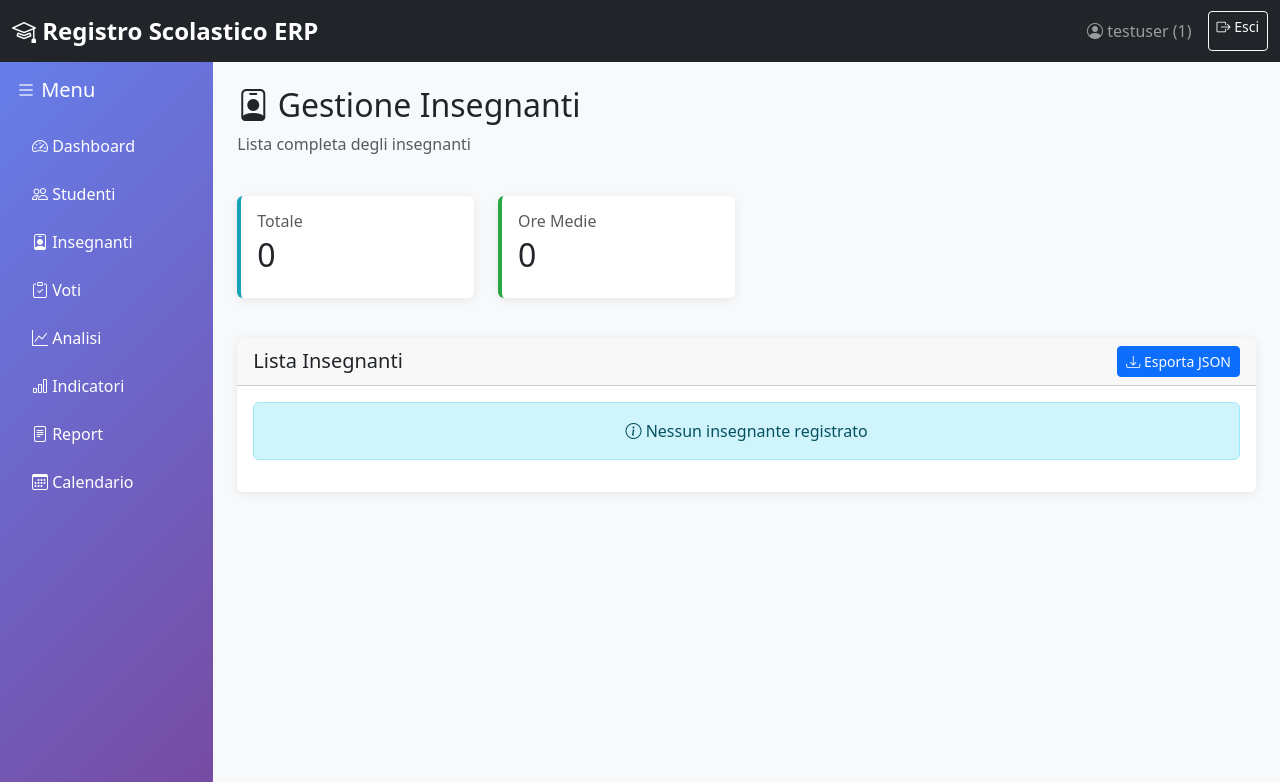
Repository: ballales1984-wq/ManagerSchool
Page: http://localhost/insegnanti
These files come from the project's save history. The page is drawn as it stood at one moment and after the next save; the edit follows.
The browser window is 1280 px wide. The pictures show the whole page.
The page is served by the project's application, run on Flask 3 (interfaccia_erp.py). The session is filled in as if someone had signed in: {"username": "testuser", "ruolo": 1}. Other server files are loaded and not shown.

Above is the page before, as saved 2025-10-28 06:41:52.

### templates/insegnanti.html
{% extends "base.html" %}

{% block title %}Insegnanti - Registro Scolastico ERP{% endblock %}

{% block content %}
<div class="row mb-4">
    <div class="col">
        <h2><i class="bi bi-person-badge"></i> Gestione Insegnanti</h2>
        <p class="text-muted">Lista completa degli insegnanti</p>
    </div>
</div>

<!-- Statistiche Insegnanti -->
<div class="row mb-4">
    <div class="col-md-3 mb-3">
        <div class="card stat-card info">
            <div class="card-body">
                <h6 class="text-muted mb-1">Totale</h6>
                <h2>{{ insegnanti|length }}</h2>
            </div>
        </div>
    </div>
    <div class="col-md-3 mb-3">
        <div class="card stat-card success">
            <div class="card-body">
                <h6 class="text-muted mb-1">Ore Medie</h6>
                <h2>
                    {% if insegnanti %}
                        {% set ore_totali = 0 %}
                        {% for ins in insegnanti %}
                            {% set ore_totali = ore_totali + ins['totale_ore'] %}
                        {% endfor %}
                        {{ "%.1f"|format(ore_totali / insegnanti|length) }}
                    {% else %}
                        0
                    {% endif %}
                </h2>
            </div>
        </div>
    </div>
</div>

<!-- Tabella Insegnanti -->
<div class="row">
    <div class="col">
        <div class="card">
            <div class="card-header d-flex justify-content-between align-items-center">
                <h5 class="mb-0">Lista Insegnanti</h5>
                <button class="btn btn-primary btn-sm" onclick="exportInsegnanti()">
                    <i class="bi bi-download"></i> Esporta JSON
                </button>
            </div>
            <div class="card-body">
                {% if insegnanti %}
                <div class="table-responsive">
                    <table class="table table-hover">
                        <thead class="table-light">
                            <tr>
                                <th>ID</th>
                                <th>Nome</th>
                                <th>Cognome</th>
                                <th>Materia</th>
                                <th>Sezioni</th>
                                <th>Ore/Sett</th>
                                <th>Esperienza</th>
                                <th>Note</th>
                            </tr>
                        </thead>
                        <tbody>
                            {% for ins in insegnanti %}
                            <tr>
                                <td><strong>{{ ins['id'] }}</strong></td>
                                <td>{{ ins['nome'] }}</td>
                                <td>{{ ins['cognome'] }}</td>
                                <td>
                                    <span class="badge bg-primary">{{ ins['materie']|first if ins['materie'] else 'N/A' }}</span>
                                </td>
                                <td>
                                    {% if ins['sezioni_assegnate'] %}
                                        {% for sezione in ins['sezioni_assegnate'] %}
                                            <span class="badge bg-success me-1">{{ sezione }}</span>
                                        {% endfor %}
                                    {% else %}
                                        <span class="text-muted">N/A</span>
                                    {% endif %}
                                </td>
                                <td><strong>{{ ins['totale_ore'] }}</strong></td>
                                <td>{{ ins['anni_esperienza'] }} anni</td>
                                <td>
                                    <small class="text-muted">{{ ins['note'] if ins['note'] else 'Nessuna nota' }}</small>
                                </td>
                            </tr>
                            {% endfor %}
                        </tbody>
                    </table>
                </div>
                {% else %}
                <div class="alert alert-info text-center">
                    <i class="bi bi-info-circle"></i> Nessun insegnante registrato
                </div>
                {% endif %}
            </div>
        </div>
    </div>
</div>

{% endblock %}

{% block extra_js %}
<script>
function exportInsegnanti() {
    fetch('/api/insegnanti')
        .then(res => res.json())
        .then(data => {
            const blob = new Blob([JSON.stringify(data, null, 2)], { type: 'application/json' });
            const url = URL.createObjectURL(blob);
            const a = document.createElement('a');
            a.href = url;
            a.download = 'insegnanti.json';
            a.click();
            URL.revokeObjectURL(url);
        });
}
</script>
{% endblock %}

### templates/base.html
<!DOCTYPE html>
<html lang="it">
<head>
    <meta charset="UTF-8">
    <meta name="viewport" content="width=device-width, initial-scale=1.0">
    <title>{% block title %}Registro Scolastico ERP{% endblock %}</title>

    <!-- Bootstrap CSS -->
    <link href="https://cdn.jsdelivr.net/npm/bootstrap@5.3.0/dist/css/bootstrap.min.css" rel="stylesheet">
    <!-- Bootstrap Icons -->
    <link rel="stylesheet" href="https://cdn.jsdelivr.net/npm/bootstrap-icons@1.11.0/font/bootstrap-icons.css">

    <style>
        .sidebar {
            min-height: 100vh;
            background: linear-gradient(135deg, #667eea 0%, #764ba2 100%);
        }
        .main-content {
            background-color: #f8f9fa;
            min-height: 100vh;
        }
        .navbar-brand {
            font-weight: 700;
            font-size: 1.5rem;
        }
        .card {
            border: none;
            box-shadow: 0 2px 10px rgba(0,0,0,0.08);
            transition: transform 0.2s;
        }
        .card:hover {
            transform: translateY(-5px);
        }
        .stat-card {
            border-left: 4px solid;
        }
        .stat-card.primary { border-left-color: #667eea; }
        .stat-card.success { border-left-color: #28a745; }
        .stat-card.warning { border-left-color: #ffc107; }
        .stat-card.danger { border-left-color: #dc3545; }
        .stat-card.info { border-left-color: #17a2b8; }
    </style>

    {% block extra_css %}{% endblock %}
</head>
<body>
    {% if session.username %}
    <!-- Navigation Bar -->
    <nav class="navbar navbar-dark bg-dark">
        <div class="container-fluid">
            <a class="navbar-brand" href="/dashboard">
                <i class="bi bi-mortarboard"></i> Registro Scolastico ERP
            </a>
            <div class="d-flex">
                <span class="navbar-text me-3">
                    <i class="bi bi-person-circle"></i> {{ session.username }} ({{ session.ruolo }})
                </span>
                <a href="/logout" class="btn btn-outline-light btn-sm">
                    <i class="bi bi-box-arrow-right"></i> Esci
                </a>
            </div>
        </div>
    </nav>

    <div class="container-fluid">
        <div class="row">
            <!-- Sidebar -->
            <div class="col-md-2 p-0">
                <div class="sidebar text-white">
                    <div class="p-3">
                        <h5 class="mb-4"><i class="bi bi-list"></i> Menu</h5>
                        <ul class="nav flex-column">
                            <li class="nav-item mb-2">
                                <a class="nav-link text-white {% if request.endpoint == 'dashboard' %}active{% endif %}" href="/dashboard">
                                    <i class="bi bi-speedometer2"></i> Dashboard
                                </a>
                            </li>
                            <li class="nav-item mb-2">
                                <a class="nav-link text-white {% if request.endpoint == 'pagina_studenti' %}active{% endif %}" href="/studenti">
                                    <i class="bi bi-people"></i> Studenti
                                </a>
                            </li>
                            <li class="nav-item mb-2">
                                <a class="nav-link text-white {% if request.endpoint == 'pagina_insegnanti' %}active{% endif %}" href="/insegnanti">
                                    <i class="bi bi-person-badge"></i> Insegnanti
                                </a>
                            </li>
                            <li class="nav-item mb-2">
                                <a class="nav-link text-white {% if request.endpoint == 'pagina_voti' %}active{% endif %}" href="/voti">
                                    <i class="bi bi-clipboard-check"></i> Voti
                                </a>
                            </li>
                            <li class="nav-item mb-2">
                                <a class="nav-link text-white {% if request.endpoint == 'pagina_analisi' %}active{% endif %}" href="/analisi">
                                    <i class="bi bi-graph-up"></i> Analisi
                                </a>
                            </li>
                            <li class="nav-item mb-2">
                                <a class="nav-link text-white {% if request.endpoint == 'pagina_indicatori' %}active{% endif %}" href="/indicatori">
                                    <i class="bi bi-bar-chart"></i> Indicatori
                                </a>
                            </li>
                            <li class="nav-item mb-2">
                                <a class="nav-link text-white {% if request.endpoint == 'pagina_report' %}active{% endif %}" href="/report">
                                    <i class="bi bi-file-text"></i> Report
                                </a>
                            </li>
                            <li class="nav-item mb-2">
                                <a class="nav-link text-white {% if request.endpoint == 'pagina_calendario' %}active{% endif %}" href="/calendario">
                                    <i class="bi bi-calendar3"></i> Calendario
                                </a>
                            </li>
                        </ul>
                    </div>
                </div>
            </div>

            <!-- Main Content -->
            <div class="col-md-10 main-content">
                <div class="container-fluid py-4">
                    {% block content %}{% endblock %}
                </div>
            </div>
        </div>
    </div>
    {% else %}
        {% block public_content %}{% endblock %}
    {% endif %}

    <!-- Bootstrap JS -->
    <script src="https://cdn.jsdelivr.net/npm/bootstrap@5.3.0/dist/js/bootstrap.bundle.min.js"></script>
    {% block extra_js %}{% endblock %}
</body>
</html>

Loaded but not shown: interfaccia_erp.py (725 lines, source omitted); accesso.py (356 lines, source omitted)

After the next save:
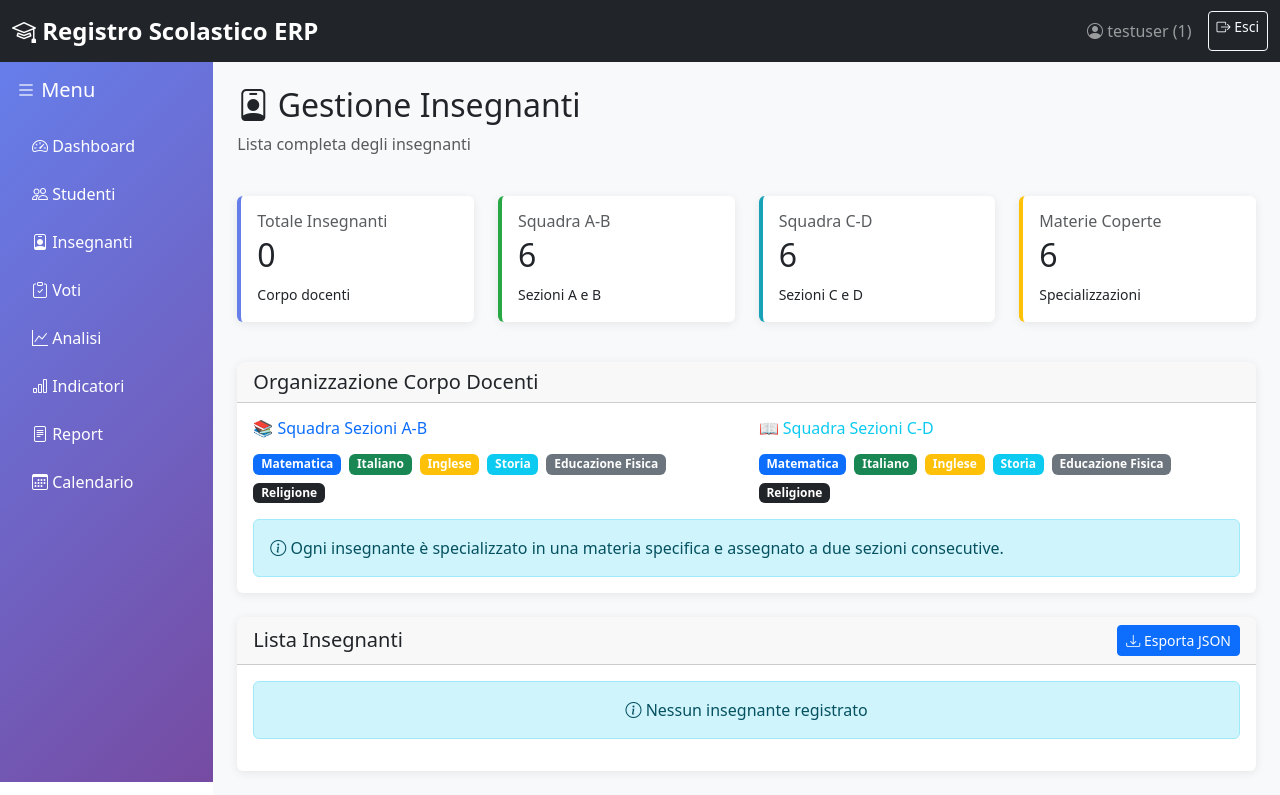
Saved 30 s later.
--- a/templates/insegnanti.html
+++ b/templates/insegnanti.html
@@ -13,28 +13,79 @@
 <!-- Statistiche Insegnanti -->
 <div class="row mb-4">
     <div class="col-md-3 mb-3">
-        <div class="card stat-card info">
+        <div class="card stat-card primary">
             <div class="card-body">
-                <h6 class="text-muted mb-1">Totale</h6>
+                <h6 class="text-muted mb-1">Totale Insegnanti</h6>
                 <h2>{{ insegnanti|length }}</h2>
+                <small>Corpo docenti</small>
             </div>
         </div>
     </div>
     <div class="col-md-3 mb-3">
         <div class="card stat-card success">
             <div class="card-body">
-                <h6 class="text-muted mb-1">Ore Medie</h6>
-                <h2>
-                    {% if insegnanti %}
-                        {% set ore_totali = 0 %}
-                        {% for ins in insegnanti %}
-                            {% set ore_totali = ore_totali + ins['totale_ore'] %}
-                        {% endfor %}
-                        {{ "%.1f"|format(ore_totali / insegnanti|length) }}
-                    {% else %}
-                        0
-                    {% endif %}
-                </h2>
+                <h6 class="text-muted mb-1">Squadra A-B</h6>
+                <h2>6</h2>
+                <small>Sezioni A e B</small>
+            </div>
+        </div>
+    </div>
+    <div class="col-md-3 mb-3">
+        <div class="card stat-card info">
+            <div class="card-body">
+                <h6 class="text-muted mb-1">Squadra C-D</h6>
+                <h2>6</h2>
+                <small>Sezioni C e D</small>
+            </div>
+        </div>
+    </div>
+    <div class="col-md-3 mb-3">
+        <div class="card stat-card warning">
+            <div class="card-body">
+                <h6 class="text-muted mb-1">Materie Coperte</h6>
+                <h2>6</h2>
+                <small>Specializzazioni</small>
+            </div>
+        </div>
+    </div>
+</div>
+
+<!-- Organizzazione per Materie -->
+<div class="row mb-4">
+    <div class="col">
+        <div class="card">
+            <div class="card-header">
+                <h5 class="mb-0">Organizzazione Corpo Docenti</h5>
+            </div>
+            <div class="card-body">
+                <div class="row">
+                    <div class="col-md-6">
+                        <h6 class="text-primary mb-3">📚 Squadra Sezioni A-B</h6>
+                        <div class="d-flex flex-wrap gap-2 mb-3">
+                            <span class="badge bg-primary">Matematica</span>
+                            <span class="badge bg-success">Italiano</span>
+                            <span class="badge bg-warning">Inglese</span>
+                            <span class="badge bg-info">Storia</span>
+                            <span class="badge bg-secondary">Educazione Fisica</span>
+                            <span class="badge bg-dark">Religione</span>
+                        </div>
+                    </div>
+                    <div class="col-md-6">
+                        <h6 class="text-info mb-3">📖 Squadra Sezioni C-D</h6>
+                        <div class="d-flex flex-wrap gap-2 mb-3">
+                            <span class="badge bg-primary">Matematica</span>
+                            <span class="badge bg-success">Italiano</span>
+                            <span class="badge bg-warning">Inglese</span>
+                            <span class="badge bg-info">Storia</span>
+                            <span class="badge bg-secondary">Educazione Fisica</span>
+                            <span class="badge bg-dark">Religione</span>
+                        </div>
+                    </div>
+                </div>
+                <div class="alert alert-info mb-0">
+                    <i class="bi bi-info-circle"></i>
+                    Ogni insegnante è specializzato in una materia specifica e assegnato a due sezioni consecutive.
+                </div>
             </div>
         </div>
     </div>
